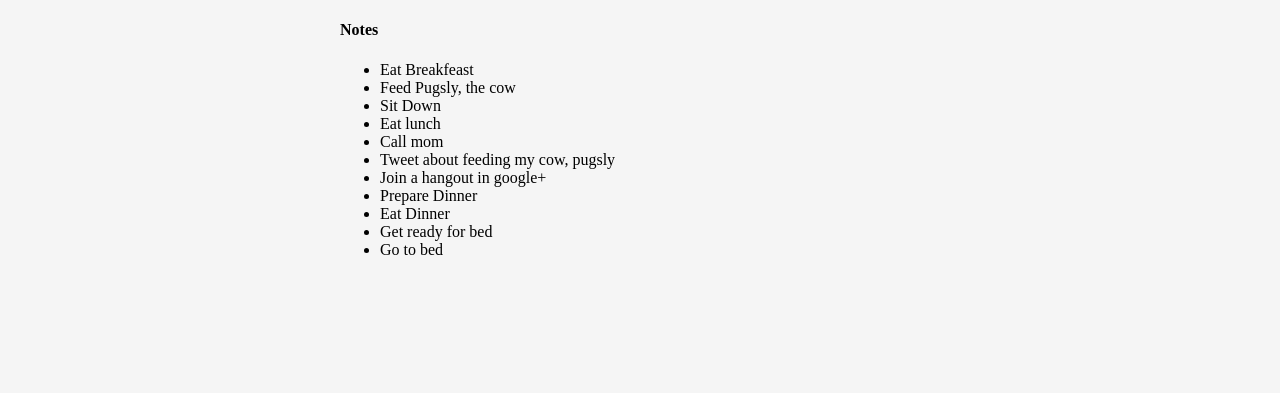
Repository: dev-singh-kanyal/Archive-git_github
Page: index.html
The author's editor kept a copy of each file at every save. The page is drawn from the files as they stood at one save, then again after the next save.
The browser window is 1280 px wide. The pictures show the whole page.

Above is the page before, as saved 2022-06-24 15:25:34.

After the next save:
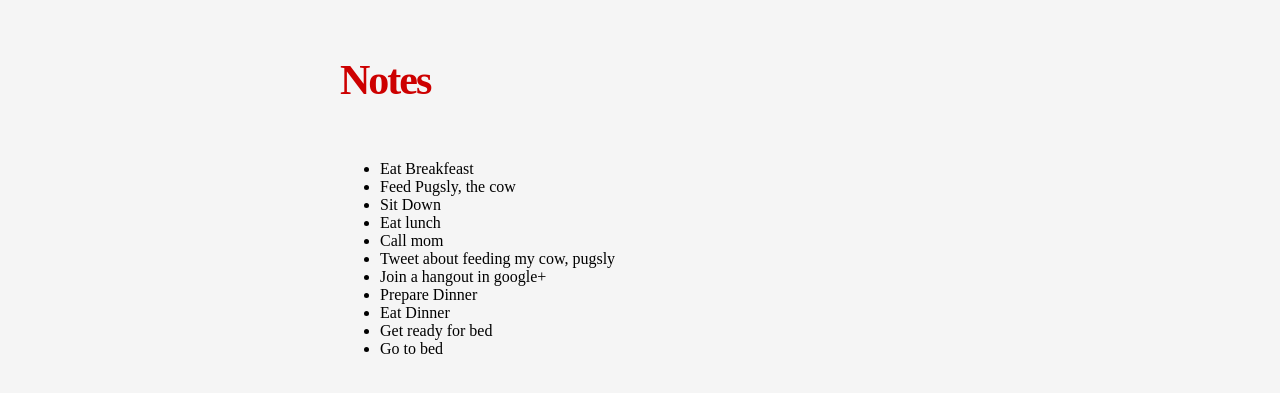
Saved 24 s later.
--- a/style.css
+++ b/style.css
@@ -4,7 +4,12 @@
     margin: 0 auto;
     padding: 0;
   }
-
+  h4 {
+    color: #cd0000;
+    font-size: 42px;
+    letter-spacing: -2px;
+    text-align: left;
+  }
   .list {
     color: #555;
     font-size: 22px;
@@ -13,7 +18,6 @@
     font-family: courier, monospace;
     border: 1px solid #dedede;
   }
-
   .list li {
     list-style: none;
     border-bottom: 1px dotted #ccc;
@@ -22,7 +26,6 @@
     padding: 10px;
     text-transform: capitalize;
   }
-
   .list li:hover {
     background-color: #f0f0f0;
     -webkit-transition: all 0.2s;
@@ -30,7 +33,6 @@
     -ms-transition:     all 0.2s;
     -o-transition:      all 0.2s;
   }
-
   .lines {
     border-left: 1px solid #ffaa9f;
     border-right: 1px solid #ffaa9f;
@@ -38,4 +40,4 @@
     float: left;
     height: 495px;
     margin-left: 40px;
-  }​
+  }
